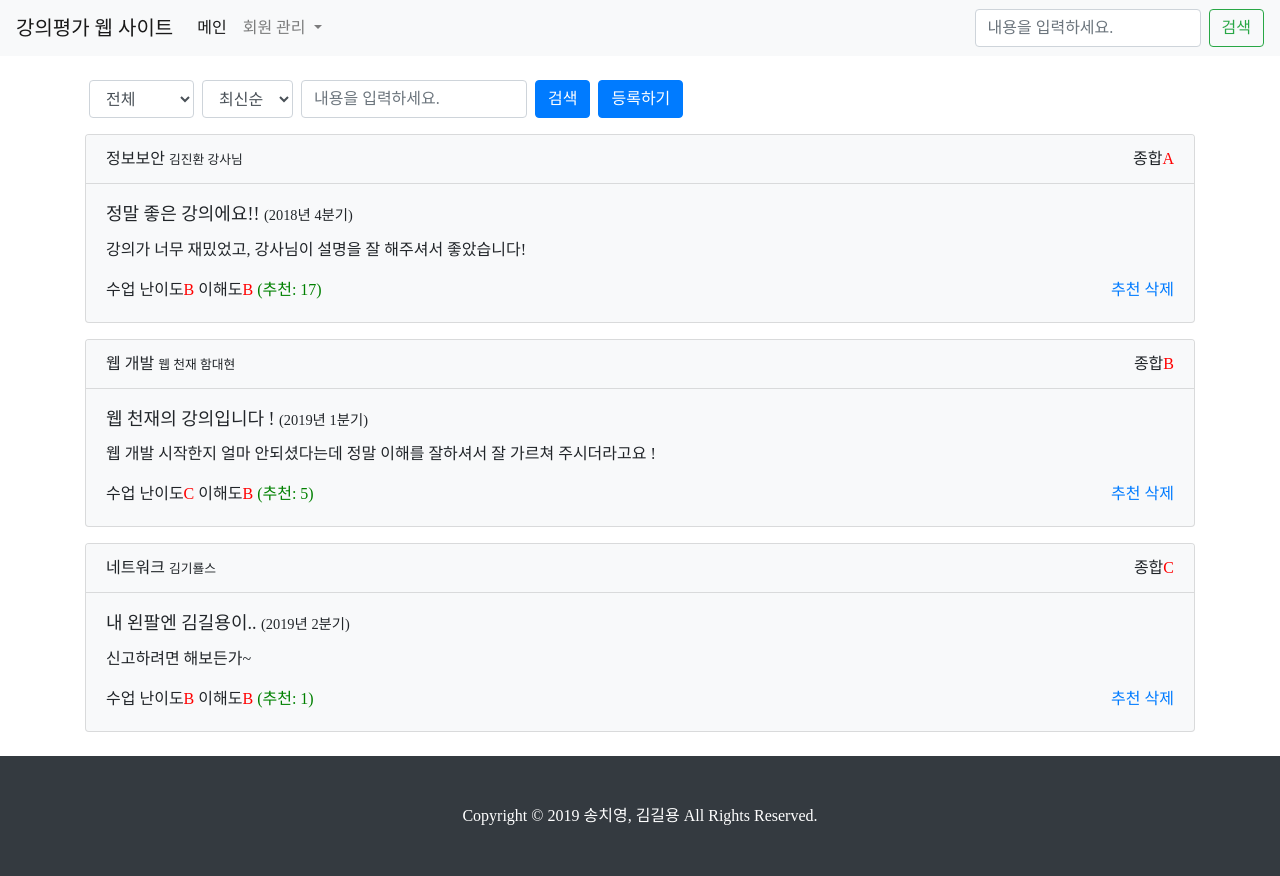
Repository: cldud5221/thdcldud
Page: http://localhost/info/
The author's editor kept a copy of each file at every save. The page is drawn from the files as they stood at one save, then again after the next save.
The browser window is 1280 px wide. The pictures show the whole page.
Some web fonts or font styles are not loaded; a fallback is used. The page is served by Tomcat 9. Other server files are loaded and not shown. Queries for data that is not in the repository find no rows.

Above is the page before, as saved 2019-07-11 06:56:28.

### info/WebContent/index.jsp
<%@ page language="java" contentType="text/html; charset=UTF-8" pageEncoding="UTF-8"%>
<%@ page import="java.io.PrintWriter" %>
<%@ page import="user.UserDAO" %>
<%@ page import="evaluation.EvaluationDTO" %>
<%@ page import="evaluation.EvaluationDAO" %>
<%@ page import="java.util.ArrayList" %>
<%@ page import="java.net.URLEncoder" %>
<!DOCTYPE html>
<html>
<head>
	<meta http-equiv="Content-Type" content="text/html; charset=UTF-8">
	<meta name="viewport" content="width=device-width, initial-scale=1, shrink-to-fit=no">
	<title> 강의 평가 웹 사이트   </title>
	<!-- 부트스트랩 CSS 추가하기 -->
	<link rel="stylesheet" href="./css/bootstrap.min.css">
	<!-- 커스텀 CSS 추가하기 -->
	<link rel="stylesheet" href="./css/custom.css">
</head>
<body>
<%
	request.setCharacterEncoding("UTF-8");
	String lectureDivide = "전체";
	String searchType = "최신순";
	String search = "";
	int pageNumber = 0;
	if(request.getParameter("lectureDivide") != null) {
		lectureDivide = request.getParameter("lectureDivide");
	}
	if(request.getParameter("searchType") != null) {
		searchType = request.getParameter("searchType");
	}
	if(request.getParameter("search") != null) {
		search = request.getParameter("search");
	}
	if(request.getParameter("pageNumber") != null) {
		try {

		} catch (Exception e) {
			System.out.println("검색 페이지 번호 오류");
		}
		pageNumber = Integer.parseInt(request.getParameter("pageNumber"));
	}



	String userID = null;
	if(session.getAttribute("userID") != null) {
		userID = (String) session.getAttribute("userID");
	}
	if(userID != null) {
		PrintWriter script = response.getWriter();
		script.println("<script>");
		script.println("alert('로그인을 해주세요.');");
		script.println("location.href = 'userLogin.jsp';");
		script.println("</script>");
		script.close();
		return;
	}
%>
	<nav class="navbar navbar-expand-lg navbar-light bg-light">
		<a class="navbar-brand" href="index.jsp"> 강의평가 웹 사이트</a>
		<button class="navbar-toggler" type="button" data-toggle="collapse" data-target="#navbar">
			<span class="navbar-toggler-icon"></span>
		</button>
		<div id="navbar" class="collapse navbar-collapse">
			<ul class="navbar-nav mr-auto">
				<li class="nav-item active">
					<a class="nav-link" href="index.jsp">메인</a>
				</li>
				<li class="nav-item dropdown">
					<a class="nav-link dropdown-toggle" id="dropdown" data-toggle="dropdown">
						회원 관리
					</a>
					<div class="dropdown-menu" aria-labelledby="dropdown">
<%
	if(userID == null) {
%>
						<a class="dropdown-item" href="userLogin.jsp">로그인</a>
						<a class="dropdown-item" href="userJoin.jsp">회원가입</a>
<%
	} else {
%>
						<a class="dropdown-item" href="userLogout.jsp">로그아웃</a>
<%
	}
%>
					</div>
				</li>
			</ul>
			<form action="./index.jsp" method="get" class="form-inline my-2 my-lg-0">
				<input type="text" name="search" class="form-control mr-sm-2" type="search" placeholder="내용을 입력하세요." aria-label="Search">
				<button class="btn btn-outline-success my-2 my-sm-0" type="submit">검색</button>
			</form>
		</div>
	</nav>
	<section class="container">
		<form method="get" action="./index.jsp" class="form-inline mt-3">
			<select name="lectureDivide" class="form-control mx-1 mt-2">
				<option value="전체">전체</option>
				<option value="보안" <% if(lectureDivide.equals("보안")) out.println("selected"); %>>보안</option>
				<option value="자바" <% if(lectureDivide.equals("자바")) out.println("selected"); %>>자바</option>
				<option value="웹 개발" <% if(lectureDivide.equals("웹 개발")) out.println("selected"); %>>웹 개발</option>
				<option value="네트워크" <% if(lectureDivide.equals("네트워크")) out.println("selected"); %>>네트워크</option>
			</select>
			<select name="searchType" class="form-control mx-1 mt-2">
				<option value="최신순">최신순</option>
				<option value="추천순" <% if(searchType.equals("추천순")) out.println("selected"); %>>추천순</option>
			</select>
			<input type="text" name="search" class="form-control mx-1 mt-2" placeholder="내용을 입력하세요.">
			<button type="submit" class="btn btn-primary mx-1 mt-2">검색</button>
			<a class="btn btn-primary mx-1 mt-2" data-toggle="modal" href="#registerModal">등록하기</a>
		</form>
		<div class="card bg-light mt-3">
			<div class="card-header bg-light">
				<div class="row">
					<div class="col-8 text-left">정보보안&nbsp;<small>김진환 강사님</small></div>
					<div class="col-4 text-right">
						종합<span style="color: red;">A</span>
					</div>
				</div>
			</div>
			<div class="card-body">
				<h5 class="card-title">
					정말 좋은 강의에요!!&nbsp;<small>(2018년 4분기)</small>
				</h5>
				<p class="card-text">강의가 너무 재밌었고, 강사님이 설명을 잘 해주셔서 좋았습니다!</p>
				<div class="row">
					<div class="col-9 text-left">
						수업 난이도<span style="color: red;">B</span>
						이해도<span style="color: red;">B</span>
						<span style="color: green;">(추천:  17)</span>
					</div>
					<div class="col-3 text-right">
						<a onclick="return comfirm('추천하시겠나요?')" href="./likeAction.jsp?evaluationID=">추천</a>
						<a onclick="return comfirm('삭제 하실껀가요?')" href="./deleteAction.jsp?evaluationID=">삭제</a>
					</div>
				</div>
			</div>
		</div>
				<div class="card bg-light mt-3">
			<div class="card-header bg-light">
				<div class="row">
					<div class="col-8 text-left">웹 개발&nbsp;<small>웹 천재 함대현</small></div>
					<div class="col-4 text-right">
						종합<span style="color: red;">B</span>
					</div>
				</div>
			</div>
			<div class="card-body">
				<h5 class="card-title">
					웹 천재의 강의입니다 !&nbsp;<small>(2019년 1분기)</small>
				</h5>
				<p class="card-text">웹 개발 시작한지 얼마 안되셨다는데 정말 이해를 잘하셔서 잘 가르쳐 주시더라고요 !</p>
				<div class="row">
					<div class="col-9 text-left">
						수업 난이도<span style="color: red;">C</span>
						이해도<span style="color: red;">B</span>
						<span style="color: green;">(추천:  5)</span>
					</div>
					<div class="col-3 text-right">
						<a onclick="return comfirm('추천하시겠나요?')" href="./likeAction.jsp?evaluationID=">추천</a>
						<a onclick="return comfirm('삭제 하실껀가요?')" href="./deleteAction.jsp?evaluationID=">삭제</a>
					</div>
				</div>
			</div>
		</div>
				<div class="card bg-light mt-3">
			<div class="card-header bg-light">
				<div class="row">
					<div class="col-8 text-left">네트워크&nbsp;<small>김기룔스</small></div>
					<div class="col-4 text-right">
						종합<span style="color: red;">C</span>
					</div>
				</div>
			</div>
			<div class="card-body">
				<h5 class="card-title">
					내 왼팔엔 김길용이..&nbsp;<small>(2019년 2분기)</small>
				</h5>
				<p class="card-text">신고하려면 해보든가~</p>
				<div class="row">
					<div class="col-9 text-left">
						수업 난이도<span style="color: red;">B</span>
						이해도<span style="color: red;">B</span>
						<span style="color: green;">(추천:  1)</span>
					</div>
					<div class="col-3 text-right">
						<a onclick="return comfirm('추천하시겠나요?')" href="./likeAction.jsp?evaluationID=">추천</a>
						<a onclick="return comfirm('삭제 하실껀가요?')" href="./deleteAction.jsp?evaluationID=">삭제</a>
					</div>
				</div>
			</div>
		</div>
	</section>
	<div class="modal fade" id="registerModal" tabindex="-1" role="dialog" aria-labelledby="modal" aria-hidden="true">
		<div class="modal-dialog">
			<div class="modal-content">
				<div class="modal-header">
					<h5 class="modal-title" id="modal">평가 등록</h5>
					<button type="button" class="close" data-dismiss="modal" aria-label="Close">
						<span aria-hidden="true">&times;</span>
					</button>
				</div>
				<div class="modal-body">
					<form action="./evaluationRegisterAction.jsp" method="post">
						<div class="form-row">
							<div class="form-group col-sm-6">
								<label>강의명</label>
								<input type="text" name="lectureName" class="form-control" maxlength="20">
							</div>
							<div class="form-group col-sm-6">
								<label>강사명</label>
								<input type="text" name="professorName" class="form-control" maxlength="20">
							</div>
						</div>
						<div class="form-row">
							<div class="form-group col-sm-4">
								<label>수강 연도</label>
								<select name="lectureYear" class="form-control">
									<option value="2010">2010</option>
									<option value="2011">2011</option>
									<option value="2012">2012</option>
									<option value="2013">2013</option>
									<option value="2014">2014</option>
									<option value="2015">2015</option>
									<option value="2016">2016</option>
									<option value="2017">2017</option>
									<option value="2018" selected>2018</option>
									<option value="2019">2019</option>
									<option value="2020">2020</option>
									<option value="2021">2021</option>
									<option value="2022">2022</option>
									<option value="2023">2023</option>
								</select>
							</div>
							<div class="form-group col-sm-4">
								<label>수강 분기</label>
								<select name="semesterDivide" class="form-control">
									<option value="1분기" selected>1분기</option>
									<option value="2분기">2분기</option>
									<option value="3분기">3분기</option>
									<option value="4분기">4분기</option>
								</select>
							</div>
							<div class="form-group col-sm-4">
								<label>강의 구분</label>
								<select name="lectureDivide" class="form-control">
									<option value="보안" selected>보안</option>
									<option value="자바">자바</option>
									<option value="웹 개발">웹 개발</option>
									<option value="네트워크">네트워크</option>
								</select>
							</div>
						</div>
						<div class="form-group">
							<label>제목</label>
							<input type="text" name="evaluationTitle" class="form-control" maxlength="30">
						</div>
						<div class="form-group">
							<label>내용</label>
							<textarea name="evaluationContent" class="form-control" maxlength="1024" style="height: 120px;"></textarea>
						</div>
						<div class="form-row">
							<div class="form-group col-sm-3">
								<label>종합</label>
								<select name="totalScore" class="form-control">
									<option value="A" selected>A</option>
									<option value="B">B</option>
									<option value="C">C</option>
									<option value="D">D</option>
									<option value="F">F</option>
								</select>
							</div>
							<div class="form-group col-sm-3">
								<label>수업 난이도</label>
								<select name="creditScore" class="form-control">
									<option value="A" selected>A</option>
									<option value="B">B</option>
									<option value="C">C</option>
									<option value="D">D</option>
									<option value="F">F</option>
								</select>
							</div>
							<div class="form-group col-sm-3">
								<label>이해도</label>
								<select name="comfortableScore" class="form-control">
									<option value="A" selected>A</option>
									<option value="B">B</option>
									<option value="C">C</option>
									<option value="D">D</option>
									<option value="F">F</option>
								</select>
							</div>
						</div>
						<div class="modal-footer">
							<button type="button" class="btn btn-secondary" data-dismiss="modal">취소</button>
							<button type="submit" class="btn btn-primary">등록하기</button>
						</div>
					</form>
				</div>
			</div>
		</div>
	</div>

	<footer class="bg-dark mt-4 p-5 text-center" style="color: #FFFFFF;">
			Copyright &copy; 2019 송치영, 김길용 All Rights Reserved.
	</footer>
	<!-- 제이쿼리 자바스크립트 추가하기 -->
	<script src="./js/jquery.min.js"></script>
	<!-- 파퍼 자바스크립트 추가하기 -->
	<script src="./js/pooper.js"></script>
	<!-- 부트스트랩 자바스크립트 추가하기 -->
	<script src="./js/bootstrap.min.js"></script>
</body>
</html>

### info/WebContent/css/custom.css
@import url(https://fonts.googleapis.com/earlyaccess/jejugothic.css);
@import url(https://fonts.googleapis.com/earlyaccess/nanumgothic.css);
.navbar-brand, h1, h2, h3, h4 {
	font-family: 'Jeju Gothic';
}
h5 {
	font-family: 'Jeju Gothic';
	font-size: 18px;
}
body {
	font-family: 'Nanum Gothic';
}

### info/src/evaluation/EvaluationDAO.java
package evaluation;

import java.sql.Connection;
import java.sql.PreparedStatement;
import java.sql.ResultSet;
import java.util.ArrayList;

import util.DatabaseUtil;

public class EvaluationDAO {
	public int write(EvaluationDTO evaluationDTO) {
		String SQL = "INSERT INTO EVALUATION VALUES (NULL, ?, ?, ?, ?, ?, ?, ?, ?, ?, ?, ?, ?, 0)";
		Connection conn = null;
		PreparedStatement pstmt = null;
		ResultSet rs = null;
		try {
			conn = DatabaseUtil.getConnection();
			pstmt = conn.prepareStatement(SQL);
			pstmt.setString(1, evaluationDTO.getUserID());
			pstmt.setString(2,  evaluationDTO.getLectureName());
			pstmt.setString(3,  evaluationDTO.getProfessorName());
			pstmt.setInt(4,  evaluationDTO.getLectureYear());
			pstmt.setString(5,  evaluationDTO.getSemesterDivide());
			pstmt.setString(6,  evaluationDTO.getLectureDivide());
			pstmt.setString(7,  evaluationDTO.getEvaluationTitle());
			pstmt.setString(8,  evaluationDTO.getEvaluationContent());
			pstmt.setString(9,  evaluationDTO.getTotalScore());
			pstmt.setString(10,  evaluationDTO.getCreditScore());
			pstmt.setString(11,  evaluationDTO.getComfortableScore());
			pstmt.setString(12,  evaluationDTO.getLectureScore());
			return pstmt.executeUpdate();
		} catch (Exception e) {
			e.printStackTrace();
		} finally {
			try {if(conn != null) conn.close();} catch (Exception e) { e.printStackTrace();}
			try {if(pstmt != null) pstmt.close();} catch (Exception e) { e.printStackTrace();}
			try {if(rs != null) rs.close();} catch (Exception e) { e.printStackTrace();}
		}

		return -1; // 데이터베이스 오류
	}

	public ArrayList<EvaluationDTO> getList (String lectureDivide, String searchType, String search, int pageNumber) {
		if(lectureDivide.contentEquals("전체")) {
			lectureDivide ="";
		}
		ArrayList<EvaluationDTO> evaluationList = null;
		String SQL = "";
		Connection conn = null;
		PreparedStatement pstmt = null;
		ResultSet rs = null;
		try {
			if(searchType.equals("최신순")) {
				SQL = "SELECT * FROM EVALUATION WHERE lectureDivide LIKE ? AND CONCAT(lectureName, professorName, evaluationTitle, evaluationContent) LIKE " +
						"? ORDER BY evaluationID DESC LIMIT " + pageNumber * 5 + ", " + pageNumber * 5 + 6;
			} else if(searchType.equals("추천순")) {
				SQL = "SELECT * FROM EVALUATION WHERE lectureDivide LIKE ? AND CONCAT(lectureName, professorName, evaluationTitle, evaluationContent) LIKE " +
						"? ORDER BY likeCount DESC LIMIT " + pageNumber * 5 + ", " + pageNumber * 5 + 6;
			}
			conn = DatabaseUtil.getConnection();
			pstmt = conn.prepareStatement(SQL);
			pstmt.setString(1, "%" + lectureDivide + "%");
			pstmt.setString(2, "%" + search + "%");
			rs = pstmt.executeQuery();
			evaluationList = new ArrayList<EvaluationDTO>();
			while(rs.next()) {
				EvaluationDTO evaluation = new EvaluationDTO(
						rs.getInt(1),
						rs.getString(2),
						rs.getString(3),
						rs.getString(4),
						rs.getInt(5),
						rs.getString(6),
						rs.getString(7),
						rs.getString(8),
						rs.getString(9),
						rs.getString(10),
						rs.getString(11),
						rs.getString(12),
						rs.getString(13),
						rs.getInt(14)
				);
				evaluationList.add(evaluation);
			}
		} catch (Exception e) {
			e.printStackTrace();
		} finally {
			try {if(conn != null) conn.close();} catch (Exception e) { e.printStackTrace();}
			try {if(pstmt != null) pstmt.close();} catch (Exception e) { e.printStackTrace();}
			try {if(rs != null) rs.close();} catch (Exception e) { e.printStackTrace();}
		}

		return evaluationList;
			}

}

### info/src/util/DatabaseUtil.java
package util;

import java.sql.Connection;
import java.sql.DriverManager;

public class DatabaseUtil {

	public static Connection getConnection() {
		try {
			String dbURL = "jdbc:mysql://200.200.200.31:3306/Lecture Evaluation";
			String dbID = "root";
			String dbPassword = "keroro2424.";
			Class.forName("com.mysql.jdbc.Driver");
			return DriverManager.getConnection(dbURL, dbID, dbPassword);
		} catch (Exception e) {
			e.printStackTrace();
		}
		return null;
	}

}

Loaded but not shown: info/WebContent/css/bootstrap.min.css (library); info/WebContent/js/jquery.min.js (library); info/WebContent/js/pooper.js (library); info/WebContent/js/bootstrap.min.js (library)

After the next save:
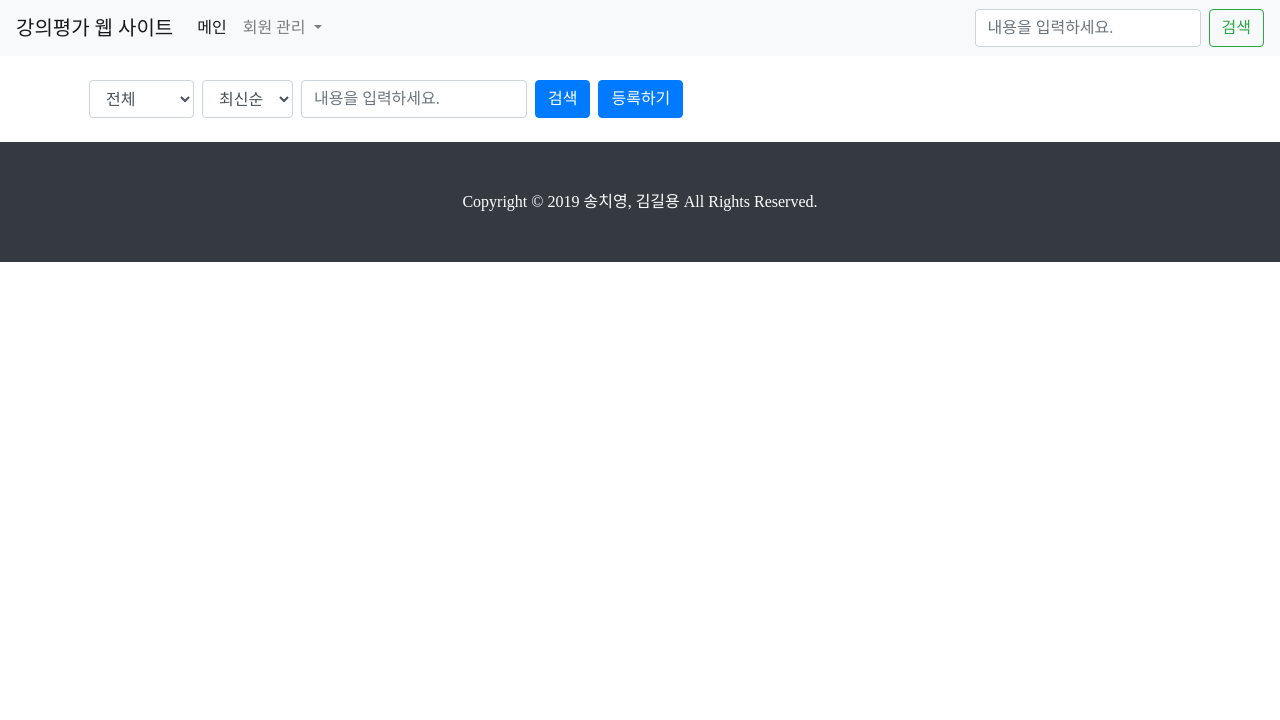
Saved 11 min 36 s later.
--- a/info/WebContent/index.jsp
+++ b/info/WebContent/index.jsp
@@ -110,25 +110,35 @@
 			<button type="submit" class="btn btn-primary mx-1 mt-2">검색</button>
 			<a class="btn btn-primary mx-1 mt-2" data-toggle="modal" href="#registerModal">등록하기</a>
 		</form>
+
+<%
+	ArrayList<EvaluationDTO> evaluationList = new ArrayList<EvaluationDTO>();
+	evaluationList = new EvaluationDAO().getList(lectureDivide, searchType, search, pageNumber);
+	if(evaluationList != null)
+		for(int i = 0; i < evaluationList.size(); i++) {
+			if(i == 5) break;
+			EvaluationDTO evaluation = evaluationList.get(i);
+%>
+
 		<div class="card bg-light mt-3">
 			<div class="card-header bg-light">
 				<div class="row">
-					<div class="col-8 text-left">정보보안&nbsp;<small>김진환 강사님</small></div>
+					<div class="col-8 text-left"><%= evaluation.getLectureName() %>&nbsp;<small><%= evaluation.getProfessorName() %></small></div>
 					<div class="col-4 text-right">
-						종합<span style="color: red;">A</span>
+						종합<span style="color: red;"><%= evaluation.getTotalScore() %></span>
 					</div>
 				</div>
 			</div>
 			<div class="card-body">
 				<h5 class="card-title">
-					정말 좋은 강의에요!!&nbsp;<small>(2018년 4분기)</small>
+					<%= evaluation.getEvaluationTitle() %>&nbsp;<small>(<%= evaluation.getLectureYear() %>년 <%= evaluation.getSemesterDivide() %>)</small>
 				</h5>
-				<p class="card-text">강의가 너무 재밌었고, 강사님이 설명을 잘 해주셔서 좋았습니다!</p>
+				<p class="card-text"><%= evaluation.getEvaluationContent() %></p>
 				<div class="row">
 					<div class="col-9 text-left">
-						수업 난이도<span style="color: red;">B</span>
-						이해도<span style="color: red;">B</span>
-						<span style="color: green;">(추천:  17)</span>
+						수업 난이도<span style="color: red;"><%= evaluation.getCreditScore() %></span>
+						이해도<span style="color: red;"><%= evaluation.getComfortableScore()  %></span>
+						<span style="color: green;">(추천: <%= evaluation.getLikeCount() %>)</span>
 					</div>
 					<div class="col-3 text-right">
 						<a onclick="return comfirm('추천하시겠나요?')" href="./likeAction.jsp?evaluationID=">추천</a>
@@ -137,60 +147,9 @@
 				</div>
 			</div>
 		</div>
-				<div class="card bg-light mt-3">
-			<div class="card-header bg-light">
-				<div class="row">
-					<div class="col-8 text-left">웹 개발&nbsp;<small>웹 천재 함대현</small></div>
-					<div class="col-4 text-right">
-						종합<span style="color: red;">B</span>
-					</div>
-				</div>
-			</div>
-			<div class="card-body">
-				<h5 class="card-title">
-					웹 천재의 강의입니다 !&nbsp;<small>(2019년 1분기)</small>
-				</h5>
-				<p class="card-text">웹 개발 시작한지 얼마 안되셨다는데 정말 이해를 잘하셔서 잘 가르쳐 주시더라고요 !</p>
-				<div class="row">
-					<div class="col-9 text-left">
-						수업 난이도<span style="color: red;">C</span>
-						이해도<span style="color: red;">B</span>
-						<span style="color: green;">(추천:  5)</span>
-					</div>
-					<div class="col-3 text-right">
-						<a onclick="return comfirm('추천하시겠나요?')" href="./likeAction.jsp?evaluationID=">추천</a>
-						<a onclick="return comfirm('삭제 하실껀가요?')" href="./deleteAction.jsp?evaluationID=">삭제</a>
-					</div>
-				</div>
-			</div>
-		</div>
-				<div class="card bg-light mt-3">
-			<div class="card-header bg-light">
-				<div class="row">
-					<div class="col-8 text-left">네트워크&nbsp;<small>김기룔스</small></div>
-					<div class="col-4 text-right">
-						종합<span style="color: red;">C</span>
-					</div>
-				</div>
-			</div>
-			<div class="card-body">
-				<h5 class="card-title">
-					내 왼팔엔 김길용이..&nbsp;<small>(2019년 2분기)</small>
-				</h5>
-				<p class="card-text">신고하려면 해보든가~</p>
-				<div class="row">
-					<div class="col-9 text-left">
-						수업 난이도<span style="color: red;">B</span>
-						이해도<span style="color: red;">B</span>
-						<span style="color: green;">(추천:  1)</span>
-					</div>
-					<div class="col-3 text-right">
-						<a onclick="return comfirm('추천하시겠나요?')" href="./likeAction.jsp?evaluationID=">추천</a>
-						<a onclick="return comfirm('삭제 하실껀가요?')" href="./deleteAction.jsp?evaluationID=">삭제</a>
-					</div>
-				</div>
-			</div>
-		</div>
+<%
+		}
+%>
 	</section>
 	<div class="modal fade" id="registerModal" tabindex="-1" role="dialog" aria-labelledby="modal" aria-hidden="true">
 		<div class="modal-dialog">
